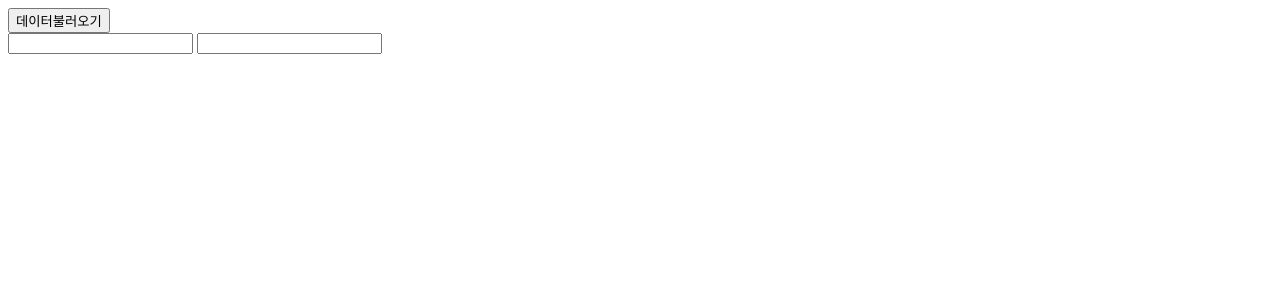
Repository: kangeuisik/springworkspace
Page: http://localhost/a_mvc_mybatis_ajax/Web-Content/sampleData.jsp
The author's editor kept a copy of each file at every save. The page is drawn from the files as they stood at one save, then again after the next save.
The browser window is 1280 px wide. The pictures show the whole page.
The page is served by Tomcat 9. Nobody is signed in. The application's start-up code is not run.

Above is the page before, as saved 2023-02-14 01:09:38.

After the next save:
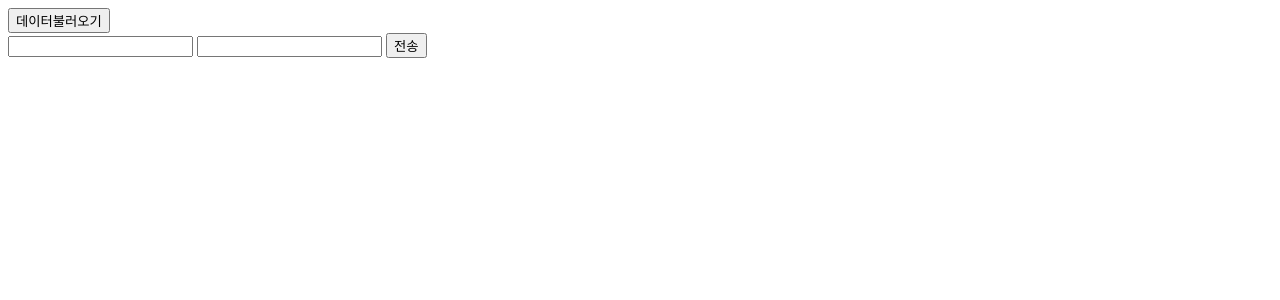
Saved 13 s later.
--- a/a_mvc_mybatis_ajax/Web-Content/sampleData.jsp
+++ b/a_mvc_mybatis_ajax/Web-Content/sampleData.jsp
@@ -14,6 +14,7 @@
 	<div>
 		<input type="text" class="number">
 		<input type="text" class="title">
+		<button class="btn2">전송</button>
 	</div>
 </body>
 <script>
